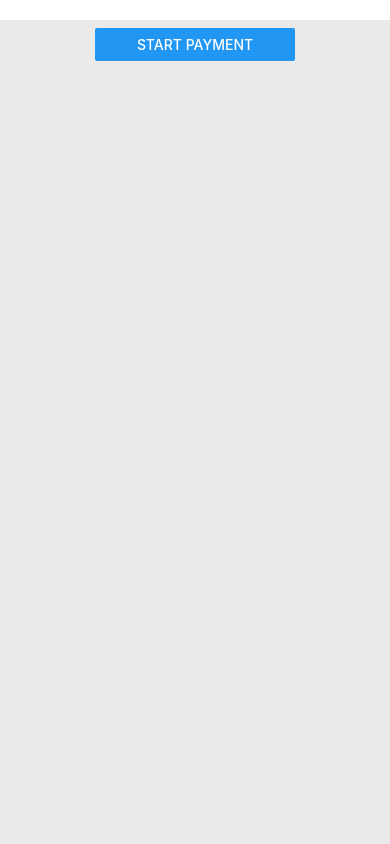
Repository: cashfree/pg-platform-custom-checkout
Screen: / (app in ReactNativeCustomCheckout/)
These files come from the project's save history. The screen is drawn as it stood at one moment and after the next save; the edit follows.
The app was drawn by React Native's web renderer in a window 390 px wide. The project was rebuilt for these pictures with package versions that can differ from the ones it lists, and the page was loaded fresh each time.

Above is the screen before, as saved 2023-02-20 00:51:41.

After the next save:
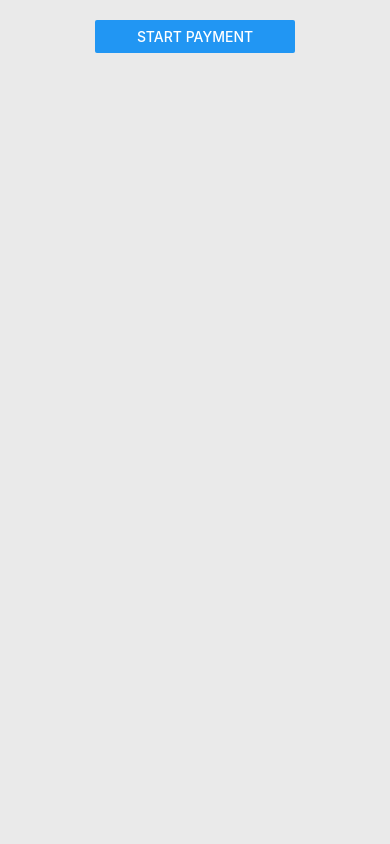
Saved 21 s later.
--- a/ReactNativeCustomCheckout/App.tsx
+++ b/ReactNativeCustomCheckout/App.tsx
@@ -34,11 +34,11 @@ const styles = StyleSheet.create({
     alignItems: 'center',
     flexDirection: 'column',
     flex: 1,
-    marginTop: 20,
   },
   button: {
     color: '#61aafb',
     margin: 8,
+    marginTop: 20,
     width: 200,
   },
 });
